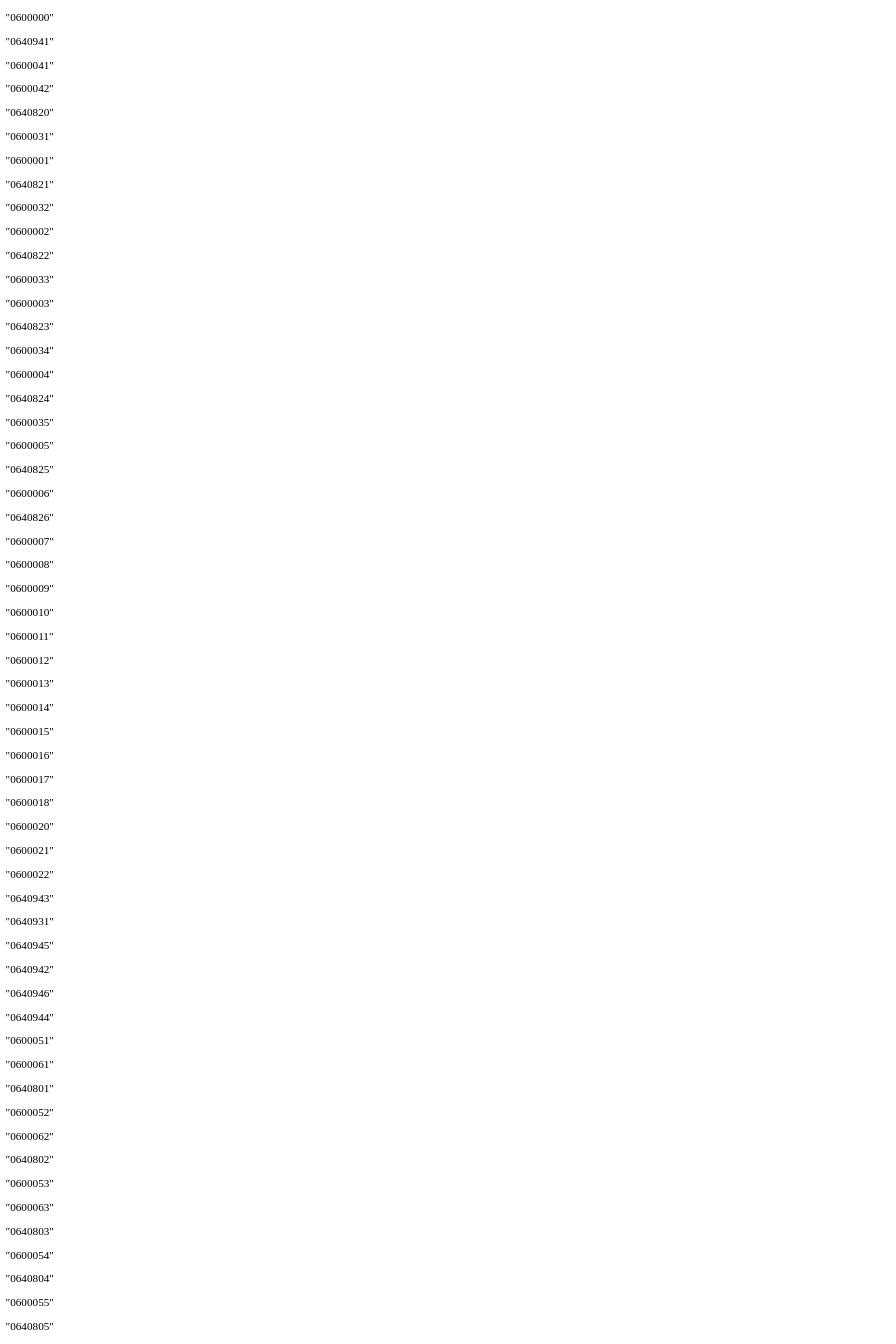
Repository: kawahito05-work/dc_work_nakano_kawahito_php
Page: http://localhost/htdocs/php09/practice_file_intermediate.php
The author's editor kept a record of every edit. The page is drawn from the files as they stood at one moment, then again after the next edit.
The browser window is 1280 px wide. The pictures show the part of the page from y = 0 to 1920 px (the page is 139384 px tall before and 65366 px after), at 70% of full size.
The page is run by PHP 8.4 with error messages shown; the project is at /var/www/html/.

Above is the page before.

After the next edit:
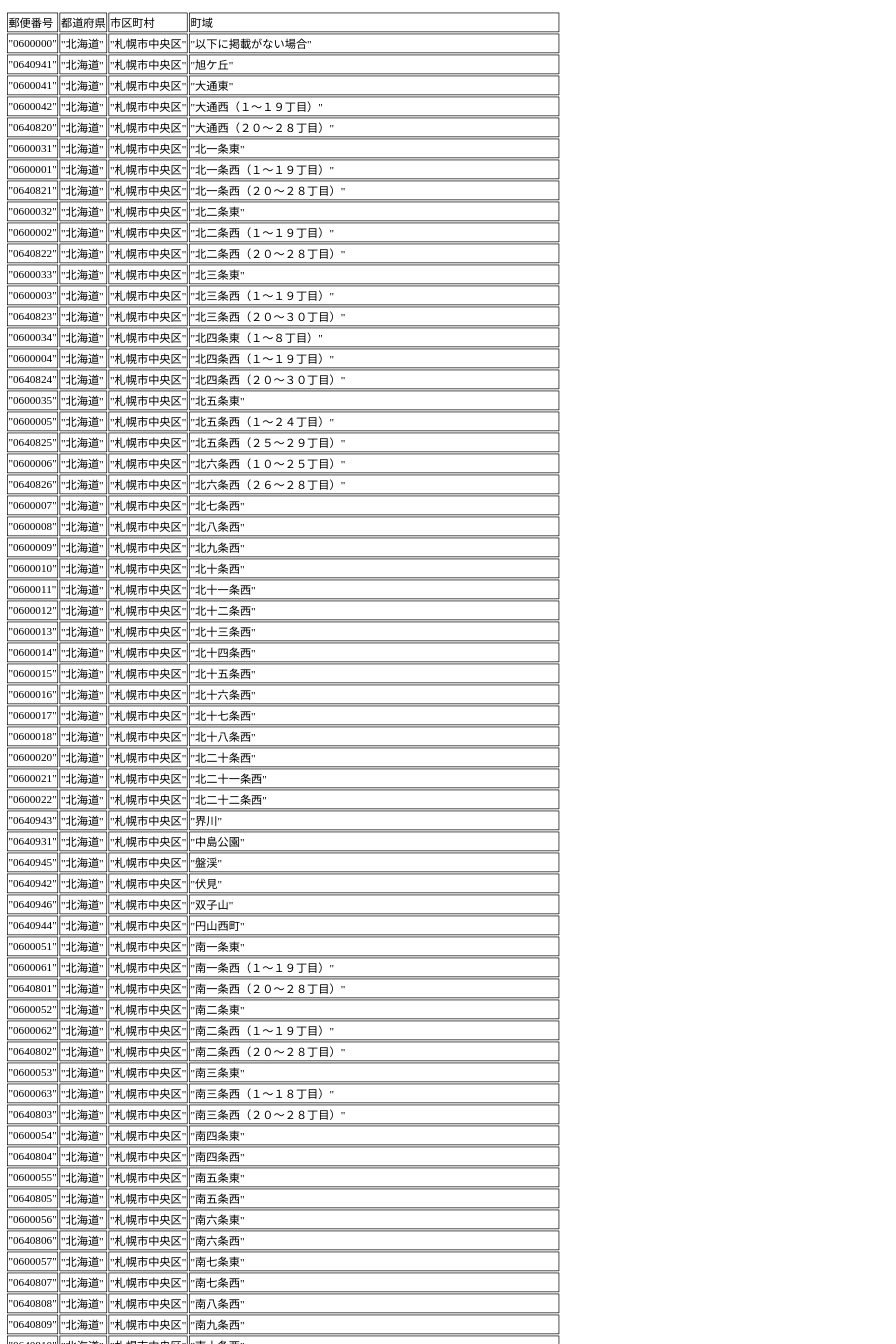
The edit:
--- a/htdocs/php09/practice_file_intermediate.php
+++ b/htdocs/php09/practice_file_intermediate.php
@@ -36,7 +36,7 @@
         ?>
         <p><td><?php print $pieces[0]; ?></td></p>
         <?php
-                print $pieces[0];
+                //print $pieces[0];
                 //foreach($pieces as $piece){
 
                 //$piece = str_replace('"', '',$piece);
